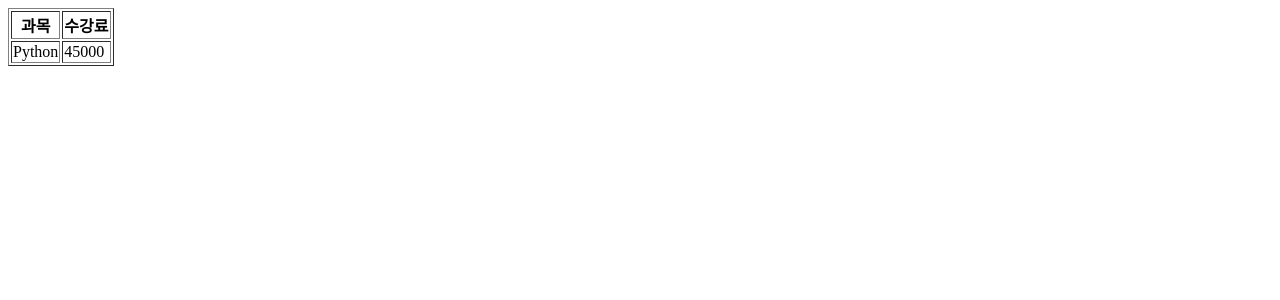
Repository: ygs3004/StudyHTML_CSS
Page: web project 01/src/main/webapp/chapter03/exam03_04.html
These files come from the project's save history. The page is drawn as it stood at one moment and after the next save; the edit follows.
The browser window is 1280 px wide. The pictures show the whole page.

Above is the page before, as saved 2022-08-04 05:45:31.

### web project 01/src/main/webapp/chapter03/exam03_04.html
<!DOCTYPE html>
<html>
<head>
<meta charset="UTF-8">
<title>Insert title here</title>
</head>
<body>
	<table border="1">
		<thead>
			<th>과목</th>
			<th>수강료</th>
		</thead>
		<tbody>
			<tr>
				<td>Python</td>
				<td>45000</td>
			</tr>
		</tbody>
		<tfoot>

		</tfoot>
	</table>
</body>
</html>

After the next save:
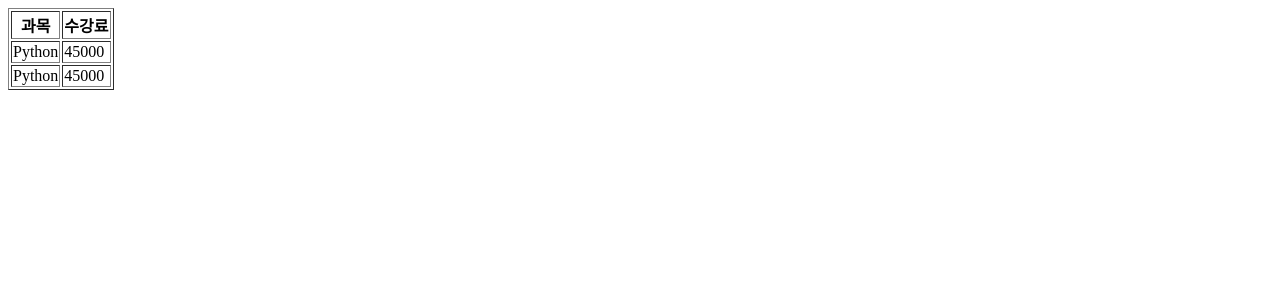
Saved 16 s later.
--- a/web project 01/src/main/webapp/chapter03/exam03_04.html
+++ b/web project 01/src/main/webapp/chapter03/exam03_04.html
@@ -16,6 +16,8 @@
 				<td>45000</td>
 			</tr>
 		</tbody>
+				<td>Python</td>
+				<td>45000</td>
 		<tfoot>
 
 		</tfoot>
